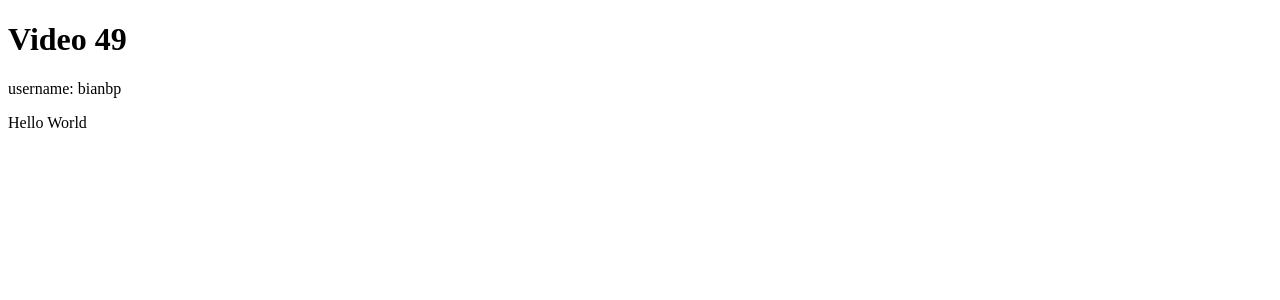
Repository: binhphanbp/JavaScript-TypeScript
Page: src/chapter09/video49/video49.html
These files come from the project's save history. The page is drawn as it stood at one moment and after the next save; the edit follows.
The browser window is 1280 px wide. The pictures show the whole page.

Above is the page before, as saved 2025-08-26 12:37:24.

After the next save:
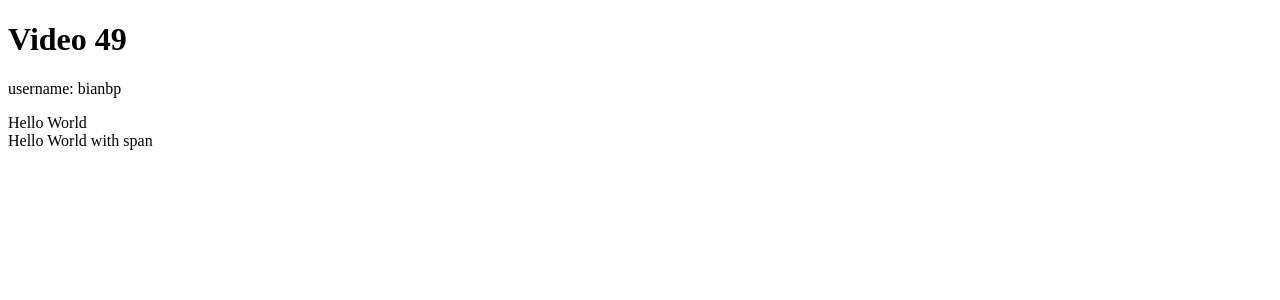
Saved 49 s later.
--- a/src/chapter09/video49/video49.html
+++ b/src/chapter09/video49/video49.html
@@ -12,6 +12,7 @@
       <p id="username">username: bianbp</p>
 
       <div class="test">Hello World</div>
+      <span class="test">Hello World with span</spanc>
     </div>
 
     <script src="./video49.js"></script>
